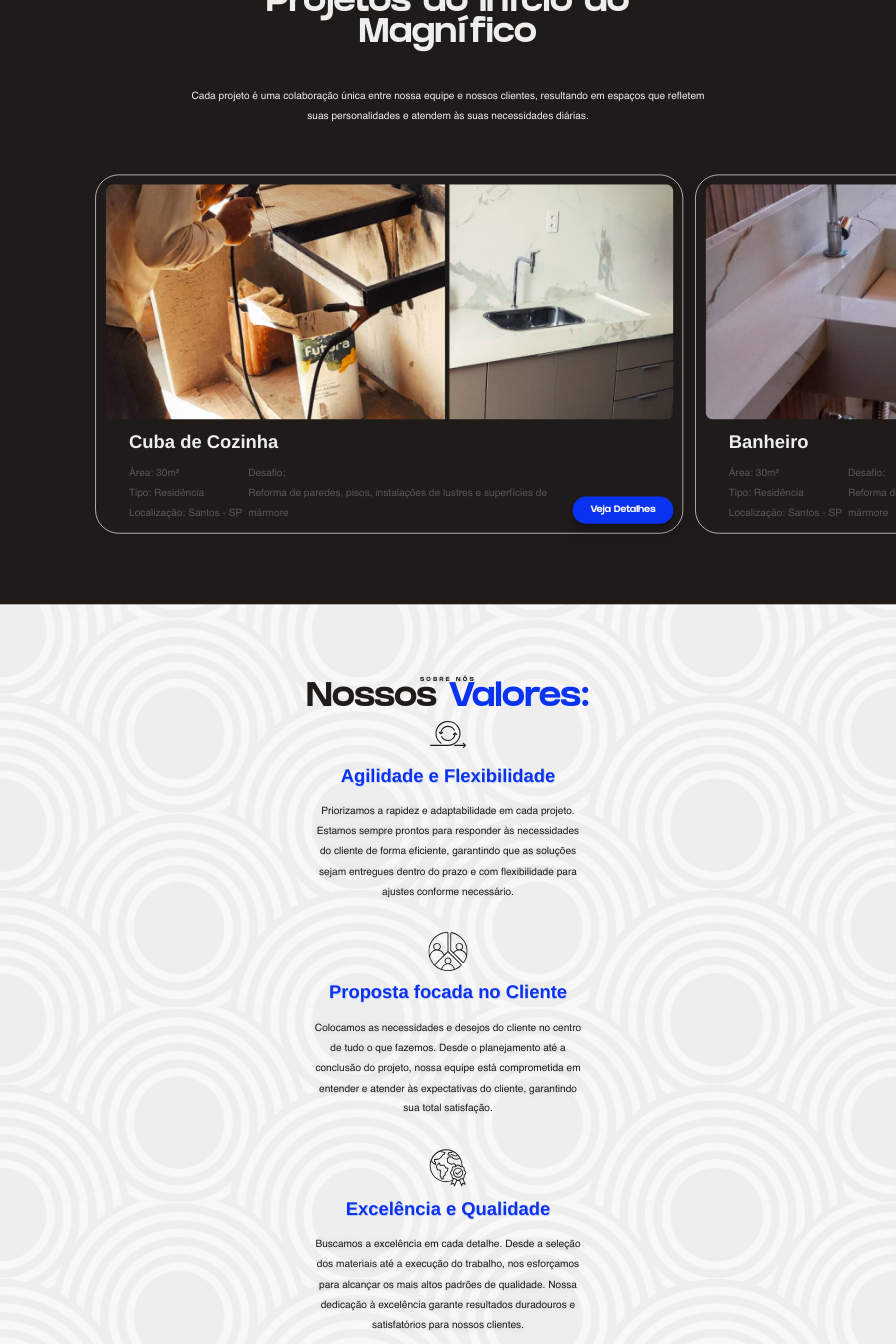
Repository: lucastdcs/ReforMar
Page: /portfolio
The author's editor kept a copy of each file at every save. The page is drawn from the files as they stood at one save, then again after the next save.
The browser window is 1280 px wide. The pictures show the part of the page from y = 785 to 2705 px (the page is 6908 px tall before and 6311 px after), at 70% of full size.
Backgrounds fixed to the window are drawn as part of the page. The project was rebuilt for these pictures with package versions that can differ from the ones it lists, and the page was loaded fresh each time. Also part of the build but not shown: vite.config.js, src/Components/EmailPopUp/EmailPopUp.styled.js, src/Components/EmailPopUp/EmailPopUp.jsx, src/Components/ServicesCard/ServicesCard.styled.js, src/Components/ServicesCard/ServicesCard.jsx, src/Components/Badges/Badges.styled.js, src/Components/Badges/Badges.jsx, src/Components/Carrousel/Carousel.styled.js and 7 more.

Above is the page before, as saved 2024-12-18 20:32:17.

After the next save:
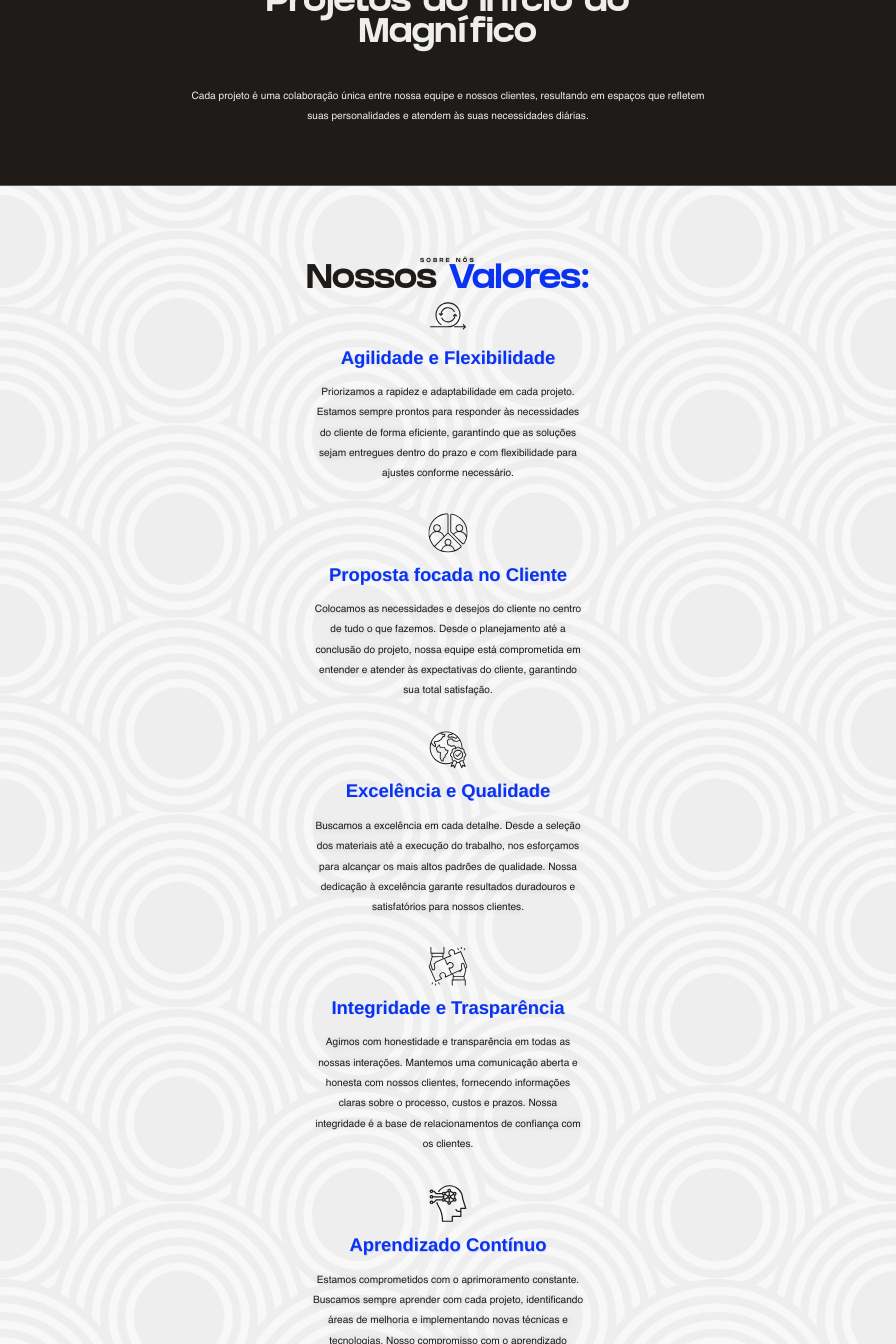
Console error: ReferenceError: beforeImageUrl is not defined
Saved 9 min 40 s later.
--- a/src/utils/getImagesfromFolder.js
+++ b/src/utils/getImagesfromFolder.js
@@ -10,8 +10,6 @@
 };
 
 export const getMainImagesFromFolder = (folderName) => {
-  const beforeImageUrl = new URL(`/src/assets/imgs/${folderName}/antes.jpg`, import.meta.url).href;
-  const afterImageUrl = new URL(`/src/assets/imgs/${folderName}/depois.jpg`, import.meta.url).href;
   const thumbnail = new URL(`/src/assets/imgs/${folderName}/thumbnail.jpg`, import.meta.url).href;
 
   return {

After the 2 saves that followed:
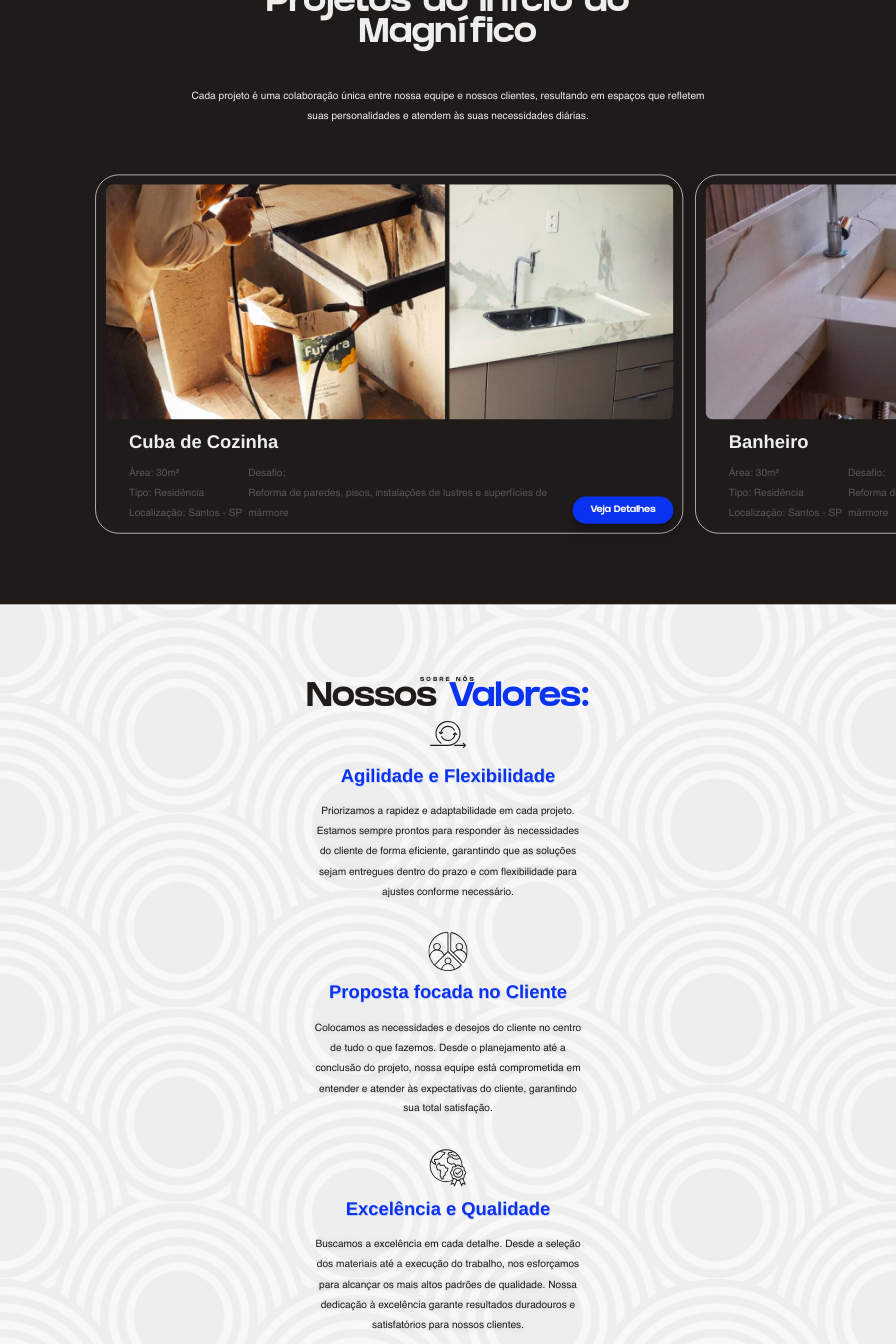
The error is gone.
The 2 saves are shown as one change because they came seconds apart.
The last was saved 88 s later.
--- a/src/utils/getImagesfromFolder.js
+++ b/src/utils/getImagesfromFolder.js
@@ -10,11 +10,19 @@
 };
 
 export const getMainImagesFromFolder = (folderName) => {
-  const thumbnail = new URL(`/src/assets/imgs/${folderName}/thumbnail.jpg`, import.meta.url).href;
+  // const thumbnail = new URL(`/src/assets/imgs/${folderName}/thumbnail.jpg`, import.meta.url).href;
+
+  let thumbnail;
+
+  try {
+    // Tenta acessar o thumbnail
+    thumbnail = new URL(`/src/assets/imgs/${folderName}/thumbnail.jpg`, import.meta.url).href;
+  } catch {
+    // Se não existir, usa image1
+    thumbnail = new URL(`/src/assets/imgs/${folderName}/image1.jpg`, import.meta.url).href;
+  }
 
   return {
-    antes: beforeImageUrl,
-    depois: afterImageUrl,
     thumbnail: thumbnail
   };
 };
